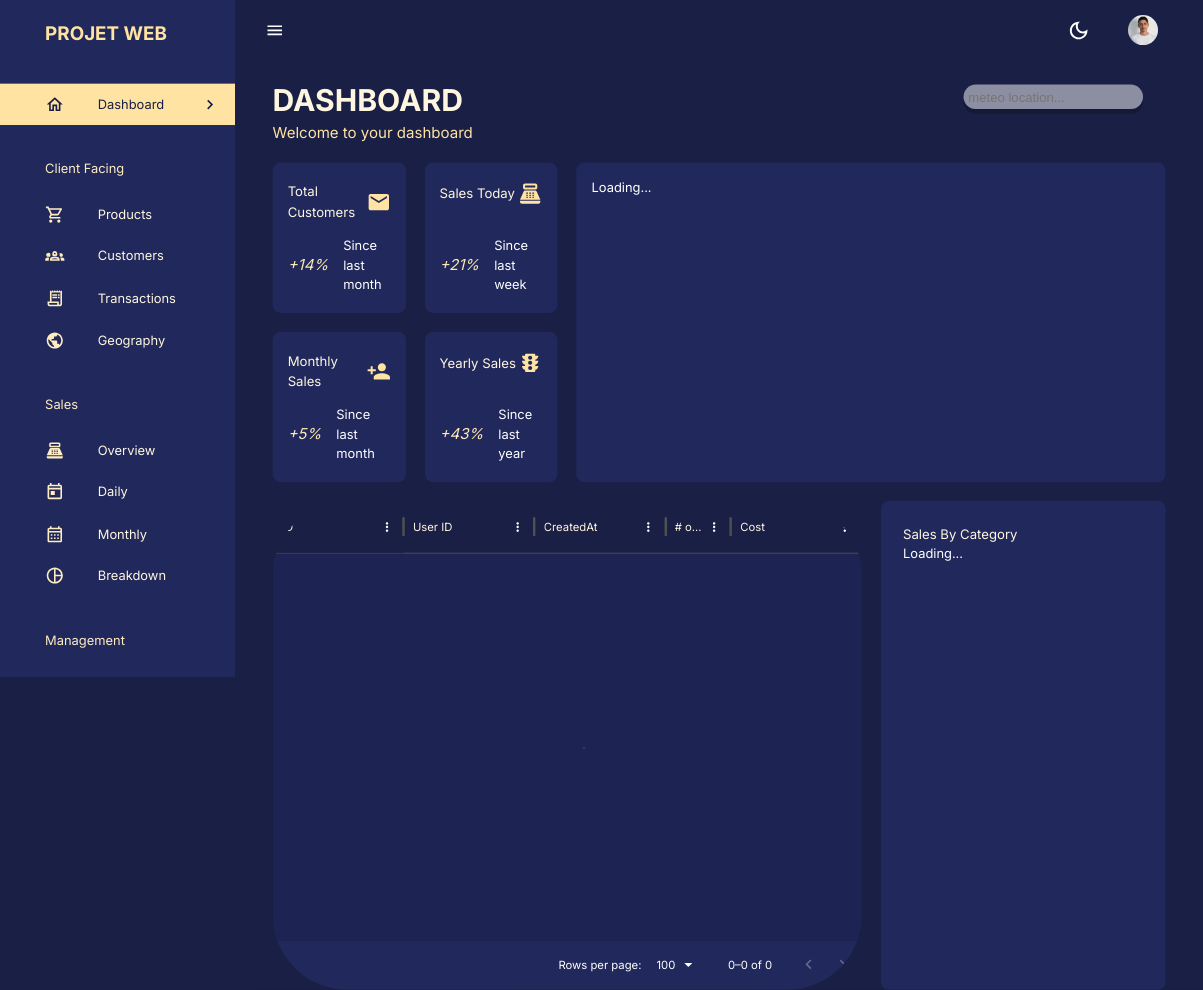
Repository: Alexiserenity/MERN-Dashboard
Page: / (app in client/)
These files come from the project's save history. The page is drawn as it stood at one moment and after the next save; the edit follows.
The browser window is 1280 px wide. The pictures show the whole page, at 94% of full size.
The page's requests for data from a server got no answer. The project was rebuilt for these pictures with package versions that can differ from the ones it lists, and the page was loaded fresh each time. No one was signed in, and anything a server would have sent is missing. Also part of the build but not shown: client/src/components/BreakdownChart.jsx, client/src/components/OverviewChart.jsx, client/src/scenes/products/index.jsx, client/src/scenes/customers/index.jsx, client/src/components/DataGridCustomToolbar.jsx, client/src/scenes/transactions/index.jsx, client/src/state/geoData.js, client/src/scenes/geography/index.jsx and 7 more.

Above is the page before, as saved 2022-12-24 01:52:42.

After the next save:
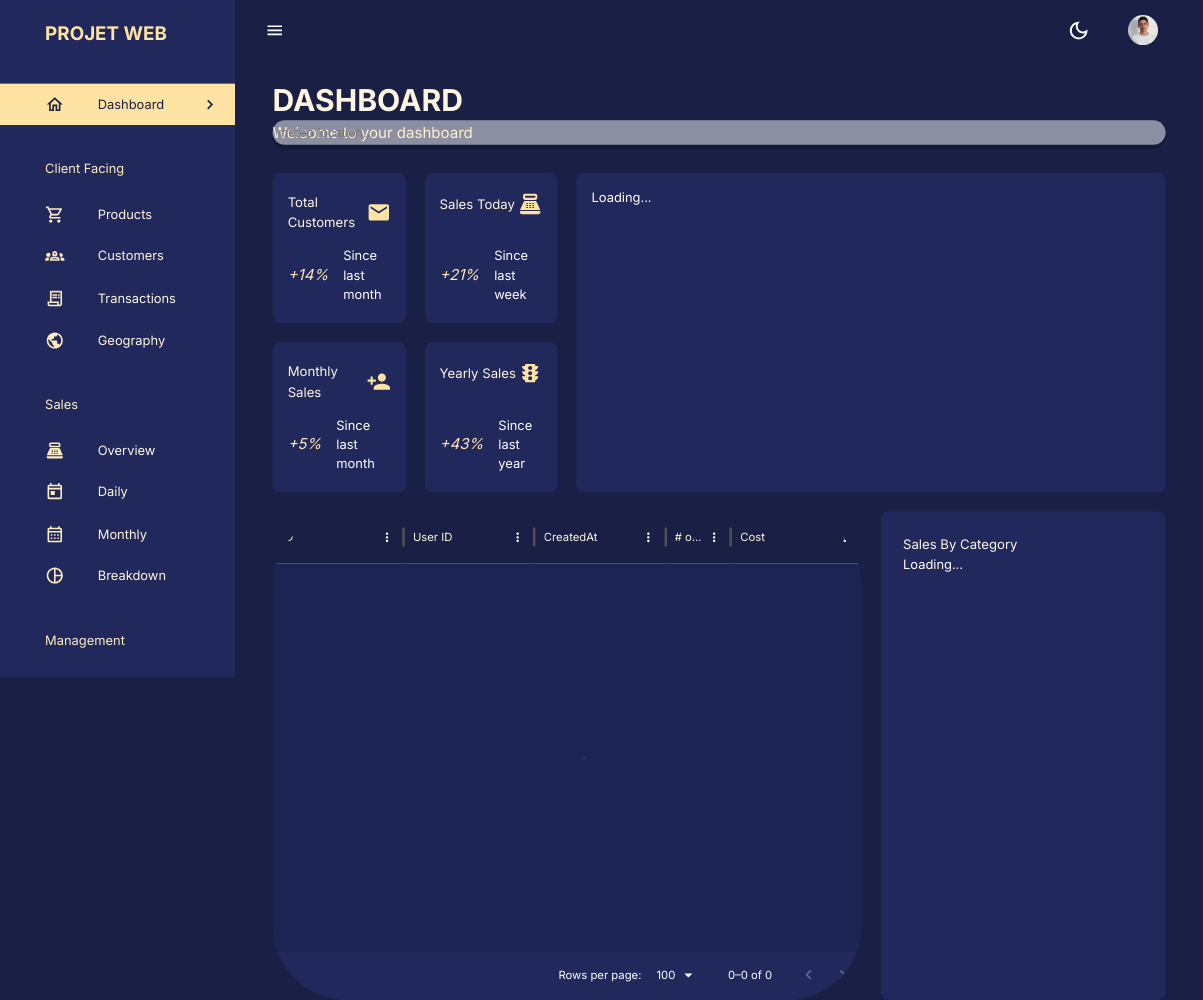
Saved 93 s later.
--- a/client/src/scenes/dashboard/index.jsx
+++ b/client/src/scenes/dashboard/index.jsx
@@ -99,48 +99,39 @@
     <Box m="1.5rem 2.5rem">
       <FlexBetween>
         <Header title="DASHBOARD" subtitle="Welcome to your dashboard" />
-
-        <Box>
-          <Toolbar>
-
-
-
-
-
-   <div className={(typeof weather.main != "undefined") ? ((weather.main.temp > 16) ? 'app warm' : 'app') : 'app'}>
-     <main>
-       <div className="search-box">
-         <input
-           type="text"
-           className="search-bar"
-           placeholder="meteo location..."
-           onChange={e => setQuery(e.target.value)}
-           value={query}
-           onKeyPress={search}
-         />
-
-       </div>
-       {(typeof weather.main != "undefined") ? (
-        <div>
-          <div className="location-box">
-            <div className="location">{weather.name}, {weather.sys.country}</div>
-            <div className="temp"> {Math.round(weather.main.temp)}°c </div>
-            <div className="weather">{weather.weather[0].main}</div>
+      </FlexBetween>
+      <FlexBetween>
+        <div className={(typeof weather.main != "undefined") ? ((weather.main.temp > 16) ? 'app warm' : 'app') : 'app'}>
+      <main>
+        <div className="search-box">
+          <input
+            type="text"
+            className="search-bar"
+            placeholder="meteo location..."
+            onChange={e => setQuery(e.target.value)}
+            value={query}
+            onKeyPress={search}
+          />
+
+        </div>
+        {(typeof weather.main != "undefined") ? (
+          <div>
+            <div className="location-box">
+              <div className="location">{weather.name}, {weather.sys.country}</div>
+              <div className="temp"> {Math.round(weather.main.temp)}°c </div>
+              <div className="weather">{weather.weather[0].main}</div>
+            </div>
           </div>
-        </div>
-       ) : ('')}
-     </main>
-   </div>
-
-
-
-
-
-
-
-          </Toolbar>
-        </Box>
+        ) : ('')}
+      </main>
+    </div>
       </FlexBetween>
+
+
+
+
+
+
 
       <Box
         mt="20px"

After the 3 saves that followed:
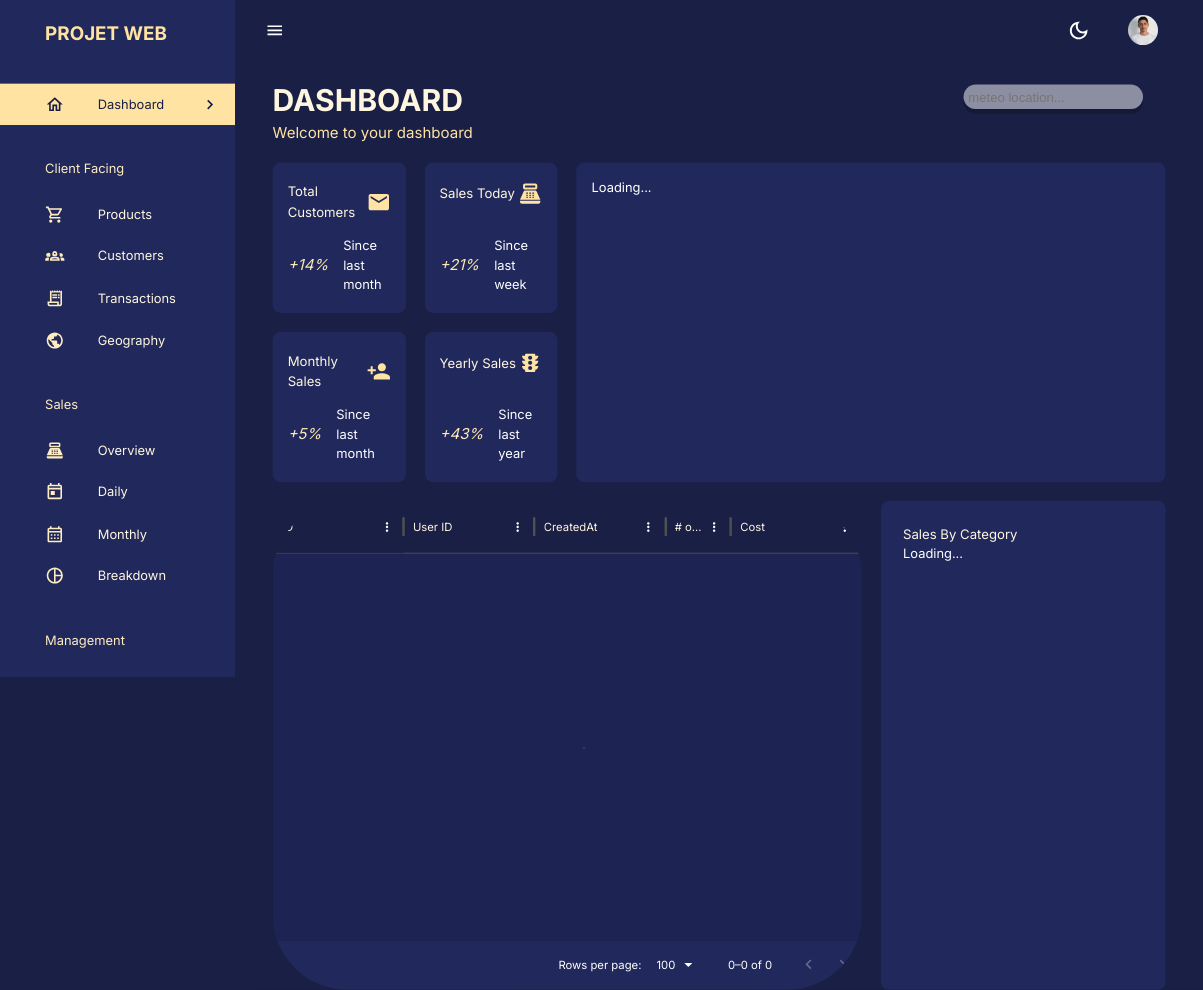
The 3 saves are shown as one change because 1 did not build or start and 1 left the picture as it was.
The last was saved 92 s later.
--- a/client/src/scenes/dashboard/index.jsx
+++ b/client/src/scenes/dashboard/index.jsx
@@ -99,39 +99,47 @@
     <Box m="1.5rem 2.5rem">
       <FlexBetween>
         <Header title="DASHBOARD" subtitle="Welcome to your dashboard" />
+        <Box>
+          <Toolbar>
+
+
+
+
+
+   <div className={(typeof weather.main != "undefined") ? ((weather.main.temp > 16) ? 'app warm' : 'app') : 'app'}>
+     <main>
+       <div className="search-box">
+         <input
+           type="text"
+           className="search-bar"
+           placeholder="meteo location..."
+           onChange={e => setQuery(e.target.value)}
+           value={query}
+           onKeyPress={search}
+         />
+
+       </div>
+       {(typeof weather.main != "undefined") ? (
+        <div>
+          <div className="location-box">
+            <div className="location">{weather.name}, {weather.sys.country}</div>
+            <div className="temp"> {Math.round(weather.main.temp)}°c </div>
+            <div className="weather">{weather.weather[0].main}</div>
+          </div>
+        </div>
+       ) : ('')}
+     </main>
+   </div>
+
+
+
+
+
+
+
+          </Toolbar>
+        </Box>
       </FlexBetween>
-      <FlexBetween>
-        <div className={(typeof weather.main != "undefined") ? ((weather.main.temp > 16) ? 'app warm' : 'app') : 'app'}>
-      <main>
-        <div className="search-box">
-          <input
-            type="text"
-            className="search-bar"
-            placeholder="meteo location..."
-            onChange={e => setQuery(e.target.value)}
-            value={query}
-            onKeyPress={search}
-          />
-
-        </div>
-        {(typeof weather.main != "undefined") ? (
-          <div>
-            <div className="location-box">
-              <div className="location">{weather.name}, {weather.sys.country}</div>
-              <div className="temp"> {Math.round(weather.main.temp)}°c </div>
-              <div className="weather">{weather.weather[0].main}</div>
-            </div>
-          </div>
-        ) : ('')}
-      </main>
-    </div>
-      </FlexBetween>
-
-
-
-
-
-
 
       <Box
         mt="20px"
